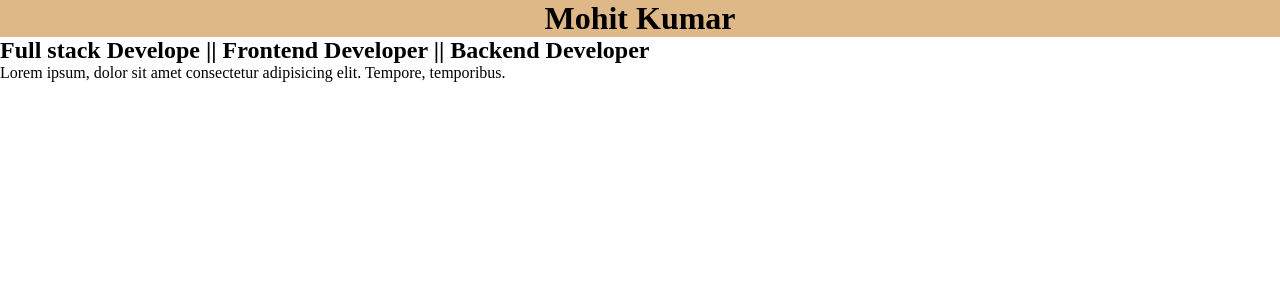
Repository: Mohitkumar1322/FrontendPracticee
Page: Javascript/index.html
These files come from the project's save history. The page is drawn as it stood at one moment and after a run of saves; the edit follows.
The browser window is 1280 px wide. The pictures show the whole page.

Above is the page before, as saved 2025-07-10 10:11:40.
Console error: TypeError: Cannot read properties of undefined (reading 'innerText')

### Javascript/index.html
<!DOCTYPE html>
<html lang="en">
<head>
    <meta charset="UTF-8">
    <meta name="viewport" content="width=device-width, initial-scale=1.0">
    <title>Document</title>
    <link rel="stylesheet" href="style.css">
</head>
<body>
    <h1 class="heading">Mohit Kumar </h1>

    <h2> Full stack Develope  || Frontend Developer || Backend Developer</h2>
    <p id ="demo">Lorem ipsum, dolor sit amet consectetur adipisicing elit. Tempore, temporibus.</p>

    <script src="script.js"></script>
</body>
</html>

### Javascript/style.css
*{
    margin:0;
    padding:0;
}
.heading{
    text-align: center;
    background-color: burlywood;
}

### Javascript/script.js
let p =document.getElementById("demo");
console.dir(p);


let chanege=document.getElementById("demo");

let classChange=document.getElementsByClassName("heading");
console.log(classChange[1].innerText);

After the next 3 saves:
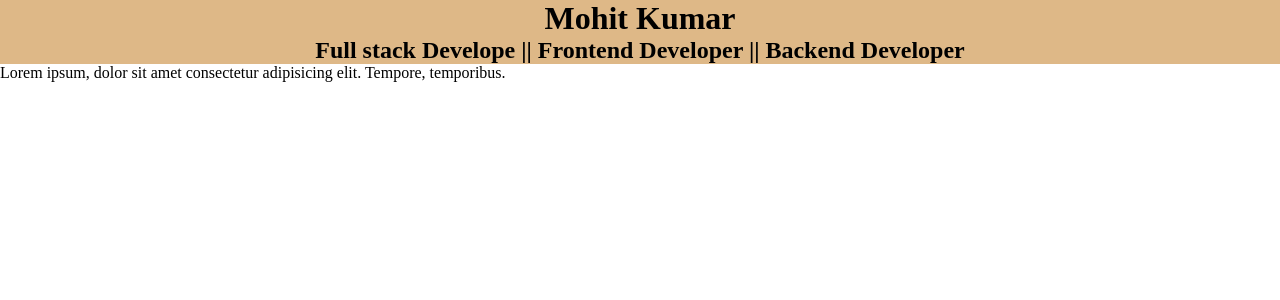
The error is gone.
The 3 saves are shown as one change because they came seconds apart.
The last was saved 14 s later.
--- a/Javascript/index.html
+++ b/Javascript/index.html
@@ -9,7 +9,7 @@
 <body>
     <h1 class="heading">Mohit Kumar </h1>
 
-    <h2> Full stack Develope  || Frontend Developer || Backend Developer</h2>
+    <h2 class="heading"> Full stack Develope  || Frontend Developer || Backend Developer</h2>
     <p id ="demo">Lorem ipsum, dolor sit amet consectetur adipisicing elit. Tempore, temporibus.</p>
 
     <script src="script.js"></script>
